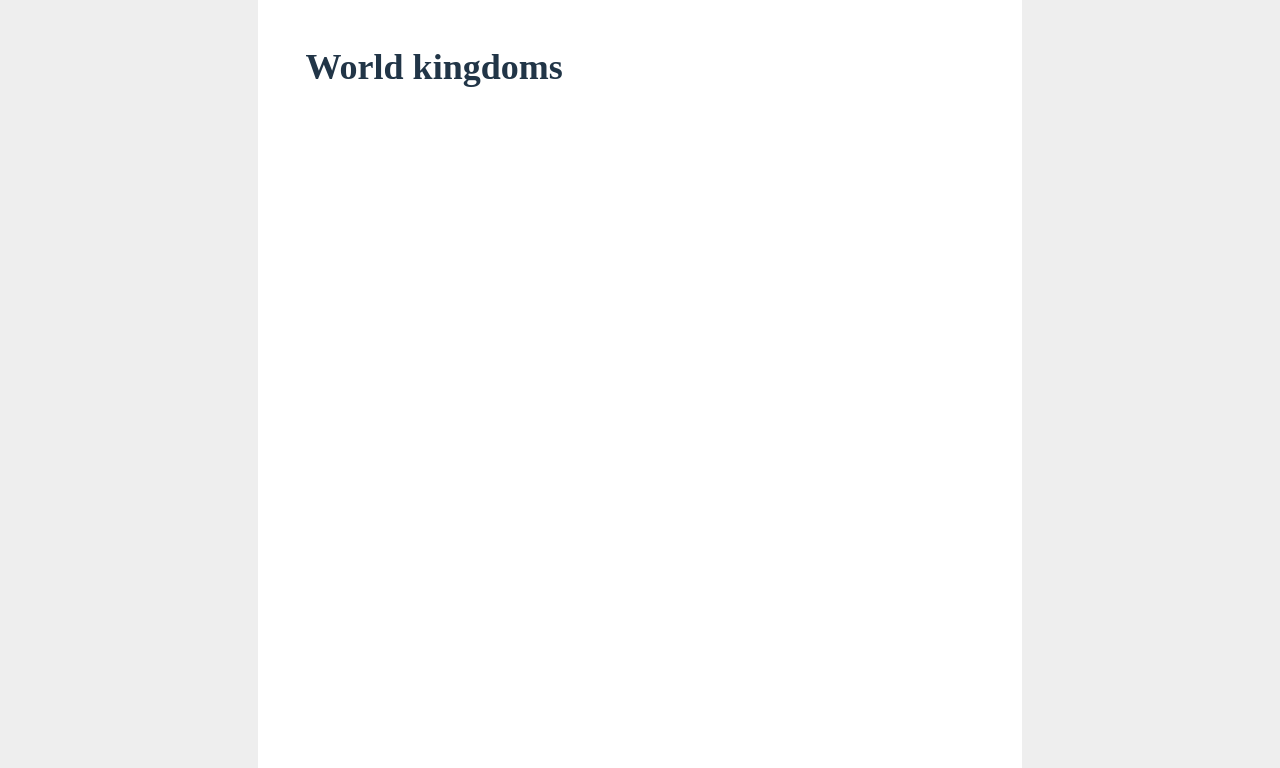
Repository: SamanthaYan298/my_world_kingdoms
Page: /
An editor plug-in stored every save of this project. The page is shown before and after the next save, followed by the edit.
The browser window is 1280 px wide. The pictures show the whole page.
The page's requests for data from a server got no answer. The project was rebuilt for these pictures with package versions that can differ from the ones it lists, and the page was loaded fresh each time. No one was signed in, and anything a server would have sent is missing. Also part of the build but not shown: vite.config.js.

Above is the page before, as saved 2024-11-20 18:10:40.

### src/App.jsx
import { useEffect, useState } from 'react'
import './App.css'
import Countries from '../components/Countries';

function App() {

  const [query, setQuery] = useState('');
  const [countries, setCountries] = useState([]);
  const [fetchStatus, setFetchStatus] = useState('idle');

  // load data on mount - only load once
  useEffect(() => {
    const url = ` https://restcountries.com/v3.1/name/kingdom`;

    async function fetchData() {
      let response, data;
      try{
        setFetchStatus('loading');
        response = await fetch(url);
        data = await response.json();
        setCountries(data);
        setFetchStatus('idle');
      } catch(e) {
        setFetchStatus('error');
        console.error(e.message);
      }
    }

    fetchData();

  }, [query]);

  let filteredCountries = [...countries];

  return (
    <>
    <div className='countries'>
      <h1>World kingdoms</h1>
      <Countries countries={filteredCountries} />
    </div>

    </>
  )
}

export default App

### src/App.css
#root {
  width: 100%;
  height: 100%;
  margin: 0 auto;
  padding: 0 2rem;
  text-align: center;
  background-color: #eee;
  font-family: "DM Serif Text", serif;
  font-weight: 400;
  font-style: normal;
}

h1 {
  display: block;
  font-size: 1.5em;
  margin-block-start: 0.67em;
  margin-block-end: 0.67em;
  margin-inline-start: 0px;
  margin-inline-end: 0px;
  font-weight: bold;
  unicode-bidi: isolate;
  text-align: left;
}

.countries {
  width: 55%;
  background: #fff;
  margin: 0 auto;
  font-size: 1.5em;
  padding: 1em 2em;
  height: 100vh;
}

img {
  width: 50%;
}

### components/Countries.jsx
import '../src/App.css'

function Countries({ countries }) {

    return (
      <div className='outer-container'>
        {countries.map((country, index) => (
            <div key={index} className='cards-container'>
              <div className='cards'>
                <div className='cards-header'>
                  <div>
                    <img src={country.flags.png} alt={`Flag of ${country.name.common}`} />
                  </div>
                  <h4 className='name'>{country.name.common}</h4>
                </div>
                <div>
                  <div className='country-info'>
                    <p>
                      <span><strong>Capital: </strong></span>
                      <span>{country.capital}</span>
                    </p>
                    <p>
                      <span><strong>Location in: </strong></span>
                      <span className='borders'>{country.subregion}</span>
                    </p>
                  </div>
                </div>
              </div>
            </div>
          ))}
      </div>
    );
  }

  export default Countries;

Loaded but not shown: index.html (common file); src/main.jsx (common file); src/index.css (common file)

After the next save:
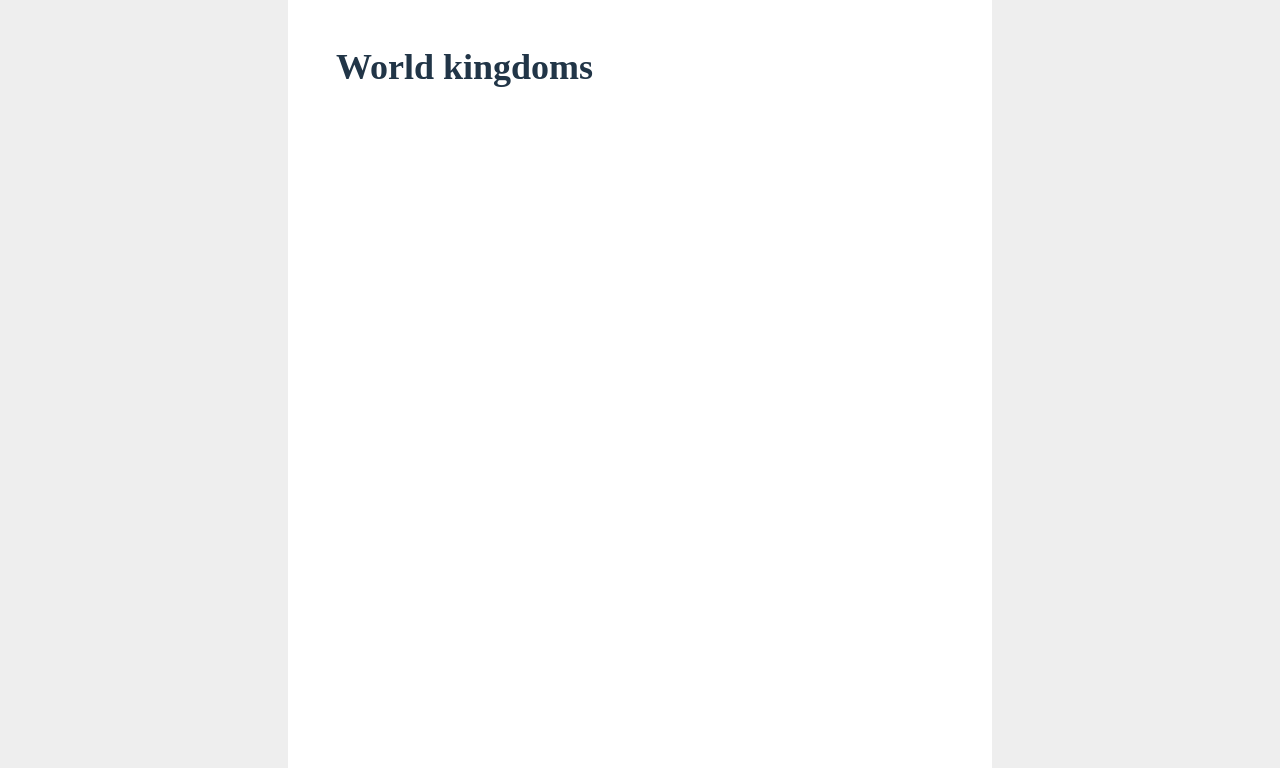
Saved 17 s later.
--- a/src/App.css
+++ b/src/App.css
@@ -23,7 +23,7 @@ h1 {
 }
 
 .countries {
-  width: 55%;
+  width: 50%;
   background: #fff;
   margin: 0 auto;
   font-size: 1.5em;
